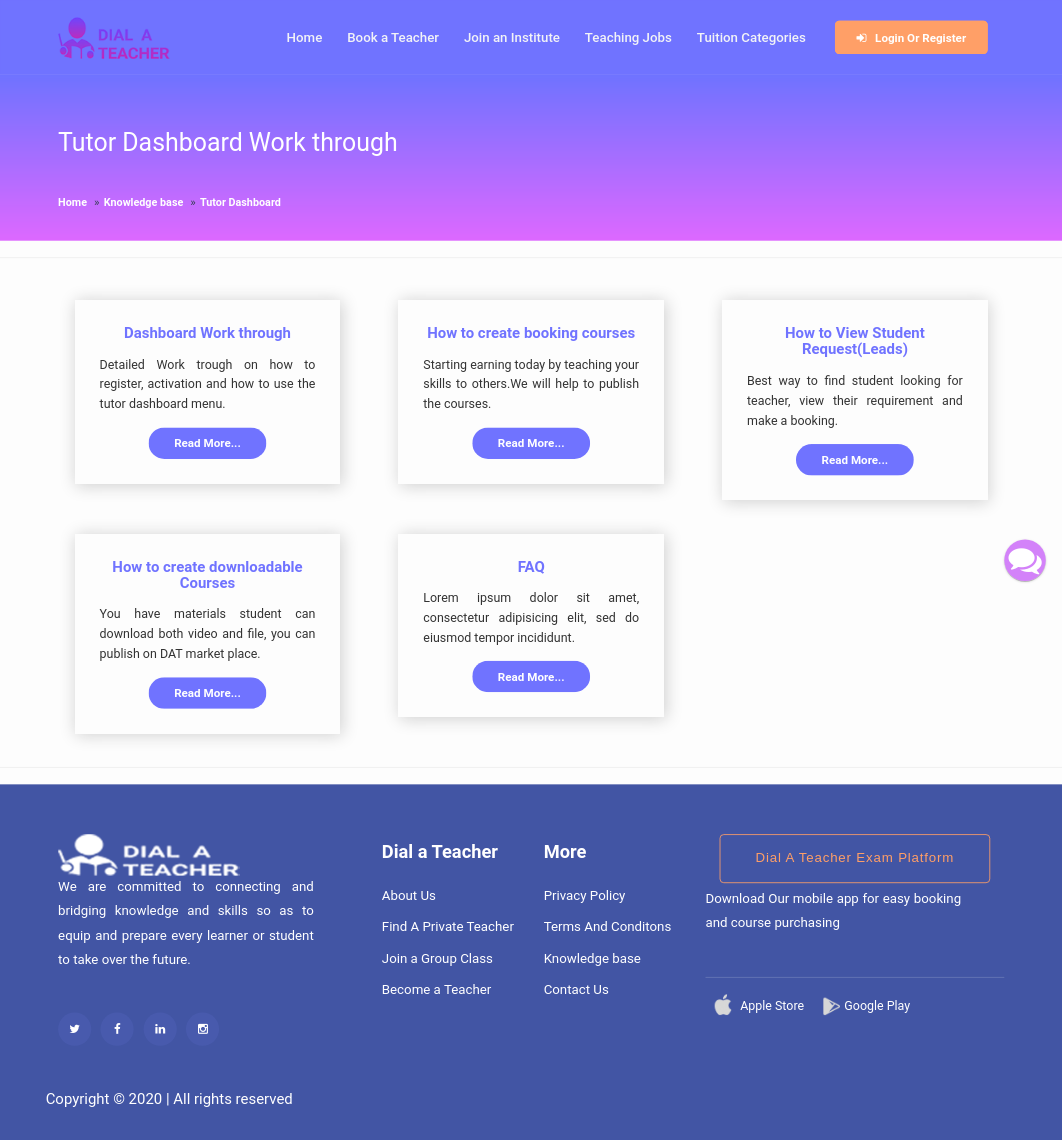
Repository: Samkiroko/DAT_knowledge
Page: knowledge_base/ttdashboard.html
An editor plug-in stored every save of this project. The page is shown before and after the next save, followed by the edit.
The browser window is 1280 px wide. The pictures show the whole page, at 83% of full size.

Above is the page before, as saved 2020-12-17 10:08:58.
Console error: TypeError: e.indexOf is not a function

After the next save:
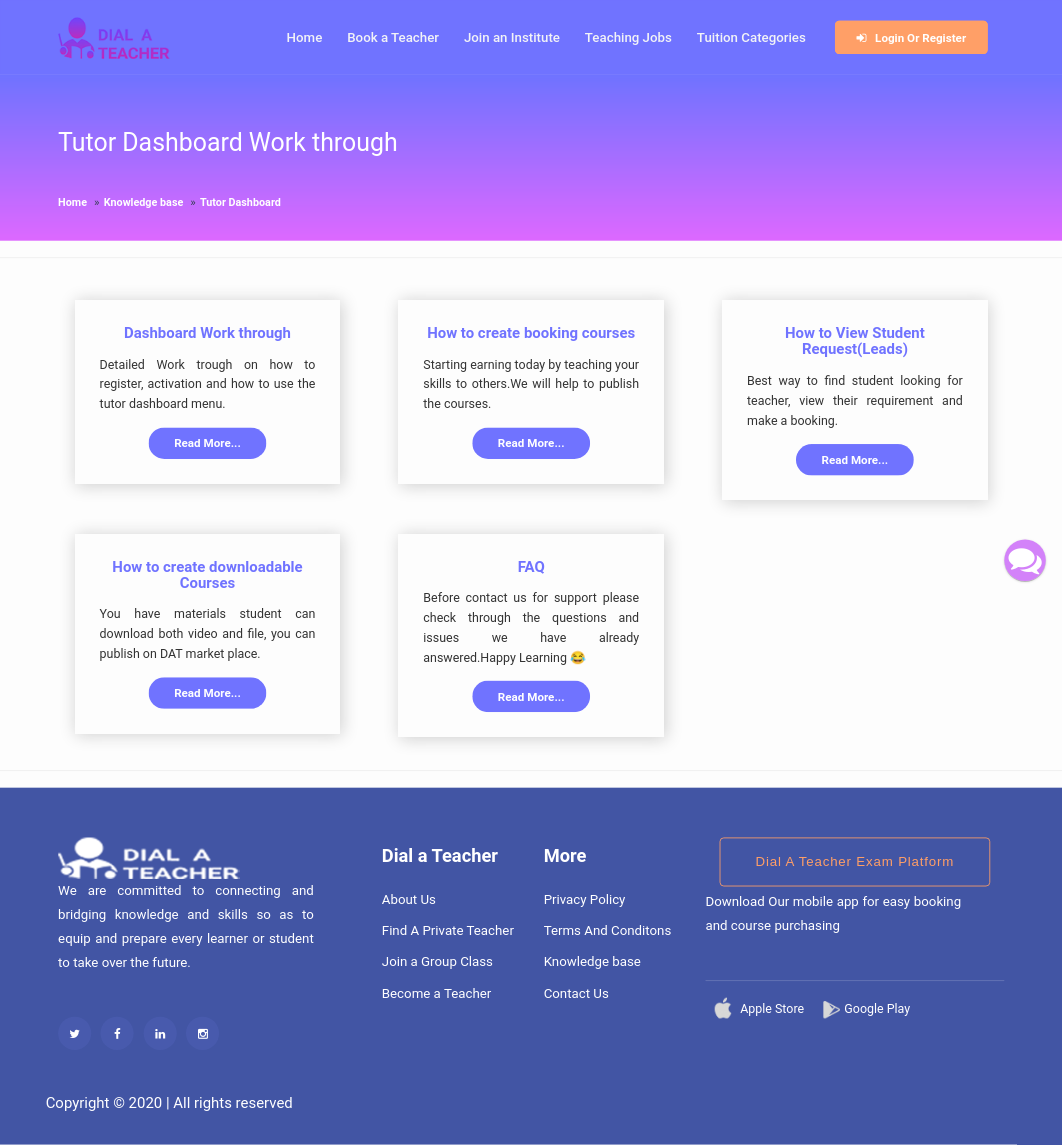
Saved 2 min 0 s later.
--- a/knowledge_base/ttdashboard.html
+++ b/knowledge_base/ttdashboard.html
@@ -167,8 +167,8 @@
           <div class="col-lg-4 col-md-4 col-sm-6 col-xs-12">
             <a href="category.html" class="mwb-documentation-section__lists overflow" data-aos="flip-up">
               <h3>FAQ</h3>
-              <p>Lorem ipsum dolor sit amet, consectetur adipisicing elit, sed do eiusmod tempor
-                incididunt.</p>
+              <p>Before contact us for support please check through the questions and issues we have
+                already answered.Happy Learning 😂</p>
               <button type="button" class="mwb-primary-btn mwb-documentation-section__btn">Read
                 more...</button>
             </a>
